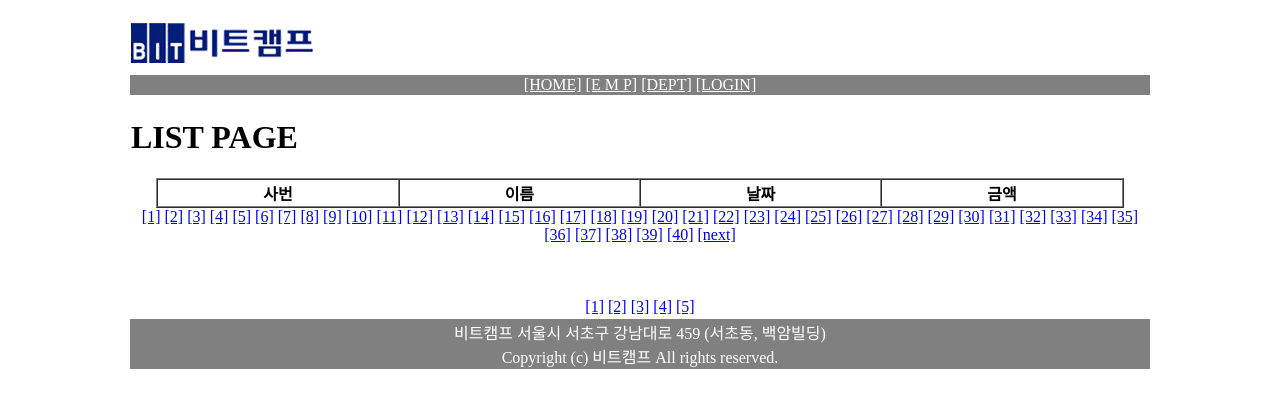
Repository: kwakjaeyeon/webWorkspace
Page: http://localhost/web05/emp/list.jsp?page=1
The author's editor kept a copy of each file at every save. The page is drawn from the files as they stood at one save, then again after the next save.
The browser window is 1280 px wide. The pictures show the whole page.
The page is served by Tomcat 9. Queries for data that is not in the repository find no rows.

Above is the page before, as saved 2020-07-03 03:42:36.

### web05/WebContent/emp/list.jsp
<%@ page language="java" contentType="text/html; charset=EUC-KR"
    pageEncoding="EUC-KR" import="java.sql.*"%>
<!DOCTYPE html PUBLIC "-//W3C//DTD HTML 4.01 Transitional//EN" "http://www.w3.org/TR/html4/loose.dtd">
<html>
<head>
<meta http-equiv="Content-Type" content="text/html; charset=EUC-KR">
<title>Insert title here</title>
</head>
<body>
<%@ include file = "../template/header.jspf" %>
<%@ include file = "../template/menu.jspf" %>
	<h1>LIST PAGE</h1>
	<table width = "95%" border = "1" cellspacing = "0" align = "center">
		<tr>
			<th>사번</th>
			<th>이름</th>
			<th>날짜</th>
			<th>금액</th>
		</tr>
		<%
		int p = 1; // page
		String param = request.getParameter("page");
		if(param != null) p = Integer.parseInt(param);

		int startNum = 1 + (p-1) * 10; // ,11, 21, 31
		int endNum = 10 + (p-1) * 10; // ,20, 30, 40
		String sql = "select * from (select rownum as rn, sabun, name, nalja, pay from ";
		sql += "(select * from emp01 order by sabun desc)) where rn between ";
		sql += startNum + " and " + endNum;
		System.out.println(sql);

		String driver="oracle.jdbc.driver.OracleDriver";
		String url="jdbc:oracle:thin:@localhost:1521:xe";
		String user="scott";
		String password="tiger";

		Class.forName(driver);
		Connection conn = null;
		Statement stmt = null;
		ResultSet rs = null;
		try {
			conn = DriverManager.getConnection(url, user, password);
			stmt = conn.createStatement();
			rs = stmt.executeQuery(sql);
			while(rs.next()) {
		%>
		<tr>
			<td><a href = "#"><%=rs.getInt("sabun") %></a></td>
			<td><a href = "#"><%=rs.getString("name") %></a></td>
			<td><a href = "#"><%=rs.getDate("nalja") %></a></td>
			<td><a href = "#"><%=rs.getInt("pay") %></a></td>
		</tr>
		<%
			}
		} finally {
			if(rs != null) rs.close();
			if(stmt != null) stmt.close();
			if(conn != null) conn.close();
		}

		%>
	</table>
	<center>
	<!--  -->
	<%
	//int tot = 151;
	//if(tot%10 == 0) tot = tot/10;
	//else tot = tot/10+1;

	int tot = 400; // select count(*) from emp01;
	int limit = (tot-1)/10+1;

	int start = 0;
	int end = ((p-1)/10+1)*10;
	if(p<11) {
		start = 0;
	} else {
		start = end-10;
		out.print("<a href = list.jsp?page=" + (end-10) + "\">[prev]</a>");
	}
	for(int i=0; i<limit; i++) {
	%>
	<a href = "list.jsp?page=<%=i+1%>">[<%=i+1%>]</a>
	<%
	}
	out.print("<a href = list.jsp?page=" + (end) + "\">[next]</a>");
	%>

	<br>	<br>	<br>	<br>
		<a href = "list.jsp?page=1">[1]</a>
		<a href = "list.jsp?page=2">[2]</a>
		<a href = "list.jsp?page=3">[3]</a>
		<a href = "list.jsp?page=4">[4]</a>
		<a href = "list.jsp?page=5">[5]</a>
	</center>


<%@ include file = "../template/footer.jspf" %>

</body>
</html>

### web05/WebContent/template/header.jspf
<%@ page language="java" contentType="text/html; charset=EUC-KR"
    pageEncoding="EUC-KR"%>

<table width = "1024" align = "CENTER" bgcolor="white">
	<tr>
		<td>
		<img src = "/web05/img/logo.png">
		</td>
	</tr>

### web05/WebContent/template/menu.jspf
<%@ page language="java" contentType="text/html; charset=EUC-KR"
    pageEncoding="EUC-KR"%>

	<tr>
		<td align="center" bgcolor="gray">
			<a href = "/web05/index.jsp" style = "color:white;">[HOME]</a>
			<a href = "/web05/emp/list.jsp" style = "color:white;">[E M P]</a>
			<a href = "/web05/dept/list.jsp" style = "color:white;">[DEPT]</a>
			<a href = "/web05/login/form.jsp" style = "color:white;">[LOGIN]</a>
		</td>
	</tr>
	<tr>
		<td>
			<!-- content start -->

### web05/WebContent/template/footer.jspf
<%@ page language="java" contentType="text/html; charset=EUC-KR"
    pageEncoding="EUC-KR"%>
<!-- content end -->
		</td>
	</tr>
	<tr>
		<td bgcolor="gray"  align = "CENTER">
			<font color = "white">
			비트캠프 서울시 서초구 강남대로 459 (서초동, 백암빌딩)<br>
			Copyright (c) 비트캠프 All rights reserved.
			</font>
		</td>
	</tr>




</table>

After the next save:
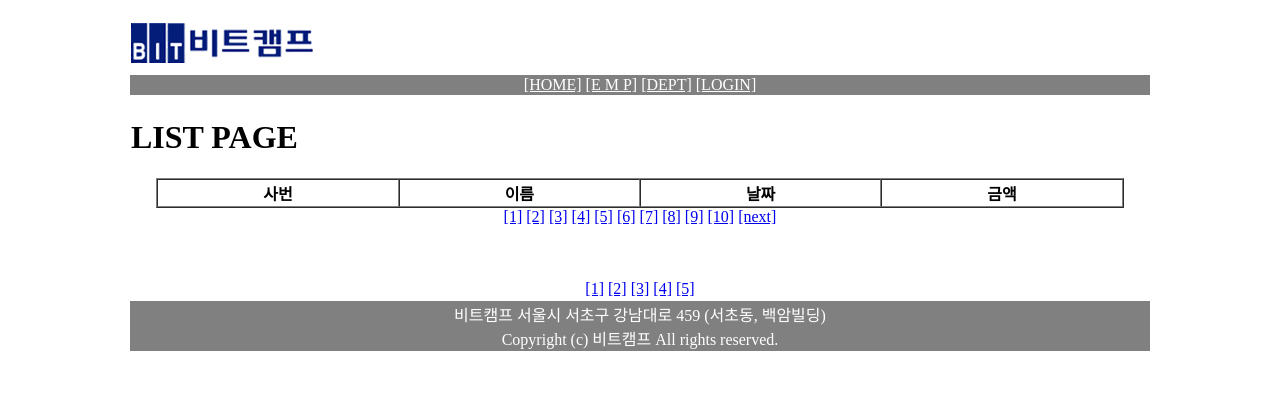
Saved 6 min 58 s later.
--- a/web05/WebContent/emp/list.jsp
+++ b/web05/WebContent/emp/list.jsp
@@ -63,27 +63,25 @@
 	<center>
 	<!--  -->
 	<%
-	//int tot = 151;
-	//if(tot%10 == 0) tot = tot/10;
-	//else tot = tot/10+1;
-
 	int tot = 400; // select count(*) from emp01;
 	int limit = (tot-1)/10+1;
-
 	int start = 0;
-	int end = ((p-1)/10+1)*10;
 	if(p<11) {
 		start = 0;
 	} else {
-		start = end-10;
-		out.print("<a href = list.jsp?page=" + (end-10) + "\">[prev]</a>");
+		start = ((p-1)/10+1)*10;
+		out.print("<a href = list.jsp?page=" + (start+11) + ">[prev]</a>");
 	}
-	for(int i=0; i<limit; i++) {
+	int end = start+10;
+	if(end>limit) end = limit;
+	for(int i=start; i<end; i++) {
 	%>
 	<a href = "list.jsp?page=<%=i+1%>">[<%=i+1%>]</a>
 	<%
 	}
+	if(end<limit) {
 	out.print("<a href = list.jsp?page=" + (end) + "\">[next]</a>");
+	}
 	%>
 
 	<br>	<br>	<br>	<br>
